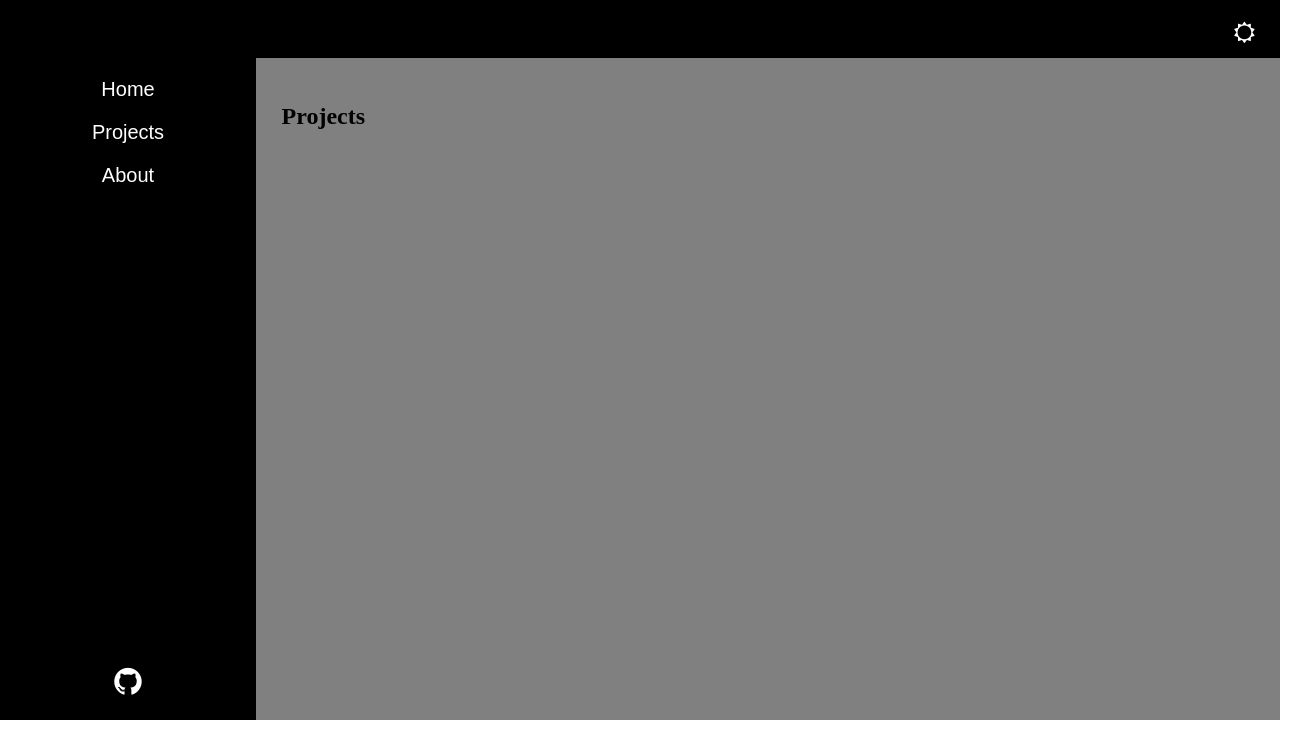
Repository: josephinel6/josephinel6.github.io
Page: index.html
The author's editor kept a copy of each file at every save. The page is drawn from the files as they stood at one save, then again after the next save.
The browser window is 1280 px wide. The page is 1306 px wide, then 1280 px, then 1306 px, so the pictures cover 1306 px, including what lies to the right of the window. The pictures show the whole page.

Above is the page before, as saved 2023-04-05 08:40:51.

After the next save:
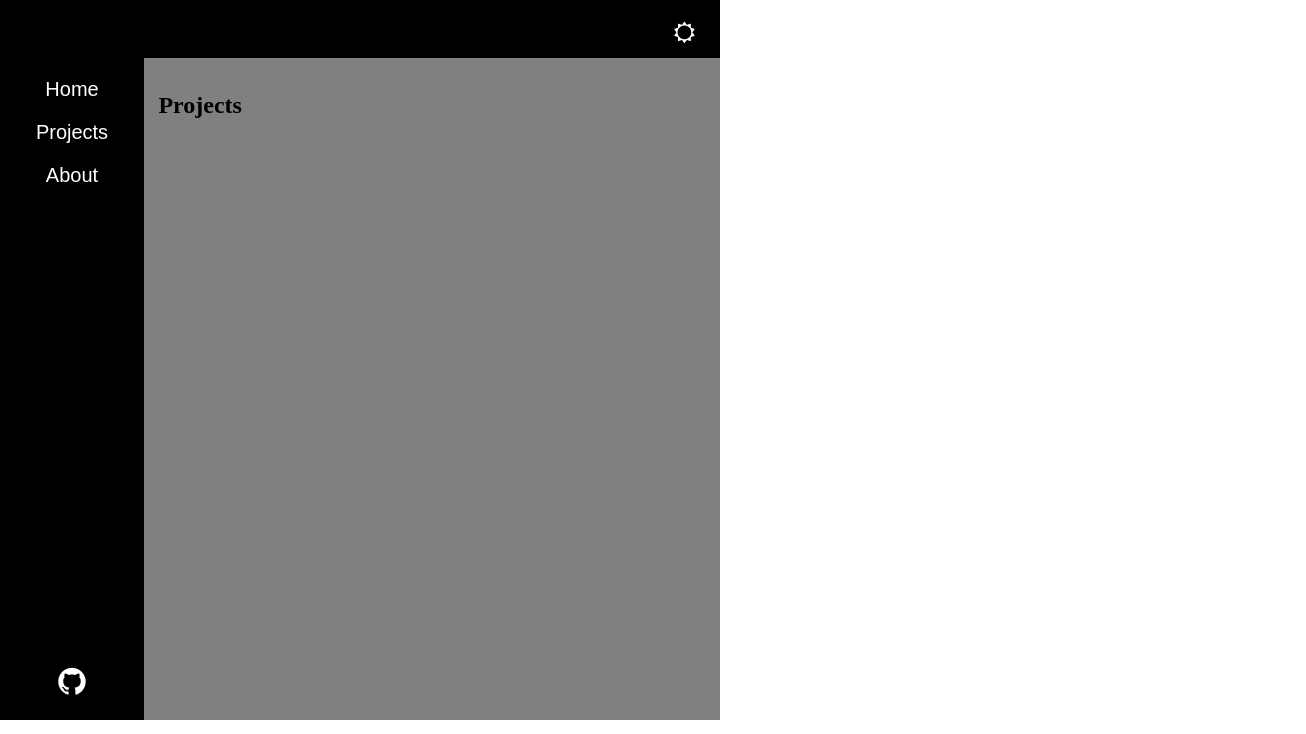
Saved 2 min 11 s later.
--- a/index.html
+++ b/index.html
@@ -27,8 +27,10 @@
 
         html,
         body {
-            height: 100%;
-            width: 100%;
+            /* height: 100%;
+            width: 100%; */
+            height: 100vh;
+            width: 100vh;
             margin: 0;
             position: relative;
             /* border-color: blue;

After the save that followed:
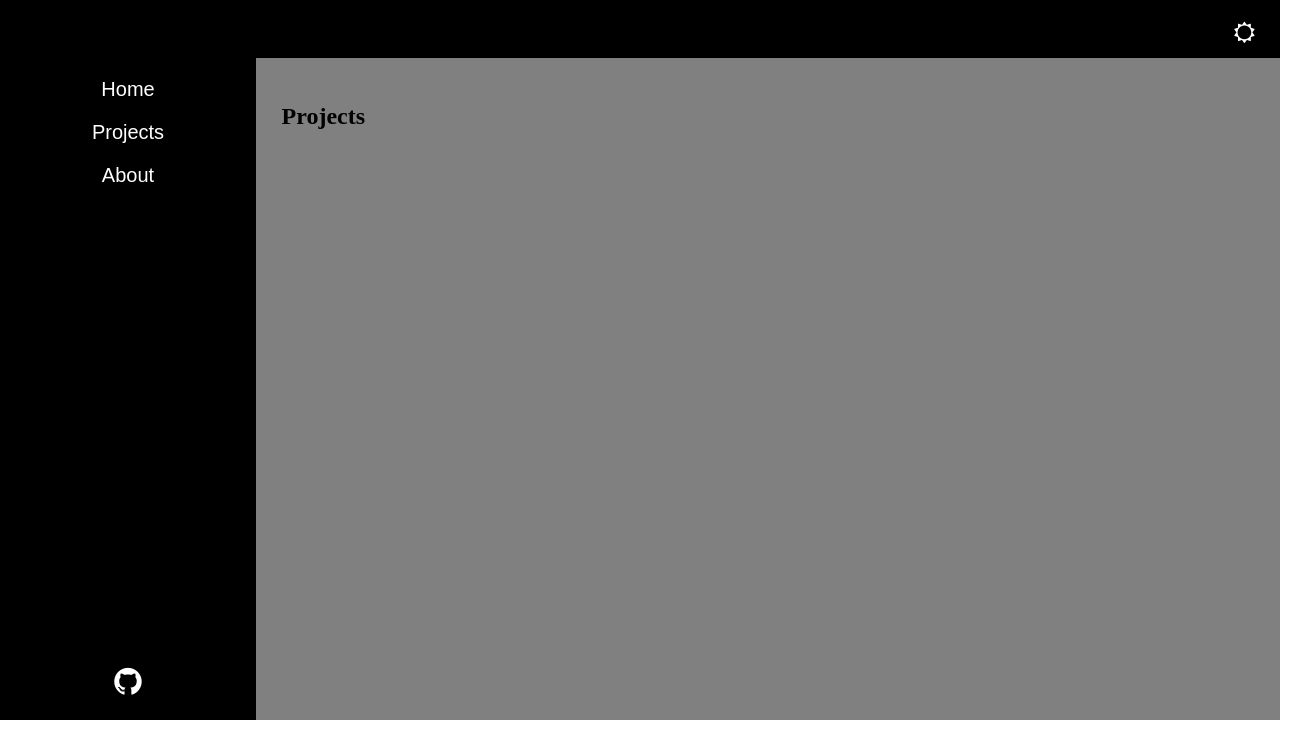
Saved 16 s later.
--- a/index.html
+++ b/index.html
@@ -30,7 +30,6 @@
             /* height: 100%;
             width: 100%; */
             height: 100vh;
-            width: 100vh;
             margin: 0;
             position: relative;
             /* border-color: blue;
